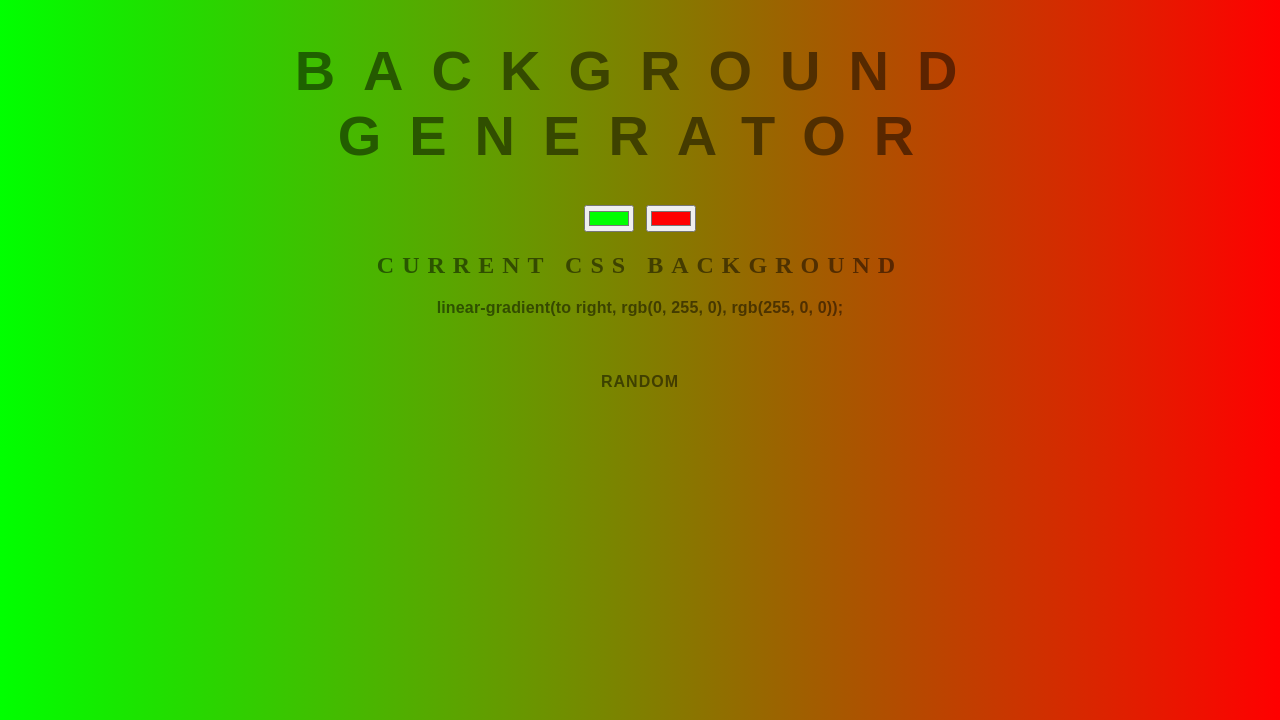
Repository: blgest/background-generator
Page: index.html
The author's editor kept a copy of each file at every save. The page is drawn from the files as they stood at one save, then again after the next save.
The browser window is 1280 px wide. The pictures show the whole page.

Above is the page before, as saved 2020-02-09 10:07:25.

### index.html
<!DOCTYPE html>
<html>
<head>
	<title>Gradient Background</title>
	<link rel="stylesheet" type="text/css" href="style.css">
</head>
<body id="gradient">
	<h1>Background Generator</h1>
	<input class="color1" type="color" name="color1" value="#00ff00">
	<input class="color2" type="color" name="color2" value="#ff0000">
	<h2>Current CSS Background</h2>
	<h3></h3>
	<h3><button id="random">Random</button></h3>
	<script type="text/javascript" src="script.js"></script>
</body>
</html>

### style.css
body {
  font: "Raleway", sans-serif;
  color: rgba(0, 0, 0, 0.5);
  text-align: center;
  text-transform: uppercase;
  letter-spacing: 0.5em;
  top: 15%;
  background: linear-gradient(to right, red, yellow); /* Standard syntax */
}

h1 {
  font: 600 3.5em "Raleway", sans-serif;
  color: rgba(0, 0, 0, 0.5);
  text-align: center;
  text-transform: uppercase;
  letter-spacing: 0.5em;
  width: 100%;
}

h3 {
  font: 900 1em "Raleway", sans-serif;
  color: rgba(0, 0, 0, 0.5);
  text-align: center;
  text-transform: none;
  letter-spacing: 0.01em;
}

#random {
  border: 3px solid #fff;
  color: #fff;
  border: none;
  font-family: inherit;
  font-size: inherit;
  color: inherit;
  background: none;
  cursor: pointer;
  padding: 25px 80px;
  display: inline-block;
  margin: 15px 30px;
  text-transform: uppercase;
  letter-spacing: 1px;
  font-weight: 700;
  outline: none;
  position: relative;
  -webkit-transition: all 0.3s;
  -moz-transition: all 0.3s;
  transition: all 0.3s;
}

### script.js
var css = document.querySelector("h3");
var color1 = document.querySelector(".color1");
var color2 = document.querySelector(".color2");
var body = document.getElementById("gradient");
var randdom = document.getElementById("random");

function generateRandomBackground(){
	color1.value = generateColor();
	color2.value = generateColor();
	setGradient();
}

function generateColor() {
	return "#"+Math.floor(Math.random()*16777215).toString(16);
}

function setGradient() {
	body.style.background =
		"linear-gradient(to right, "
		+ color1.value
		+ ", "
		+ color2.value
		+ ")";
	css.textContent = body.style.background + ";";
}

setGradient();

color1.addEventListener("input", setGradient);

color2.addEventListener("input", setGradient);

randdom.addEventListener("click", generateRandomBackground);

After the next save:
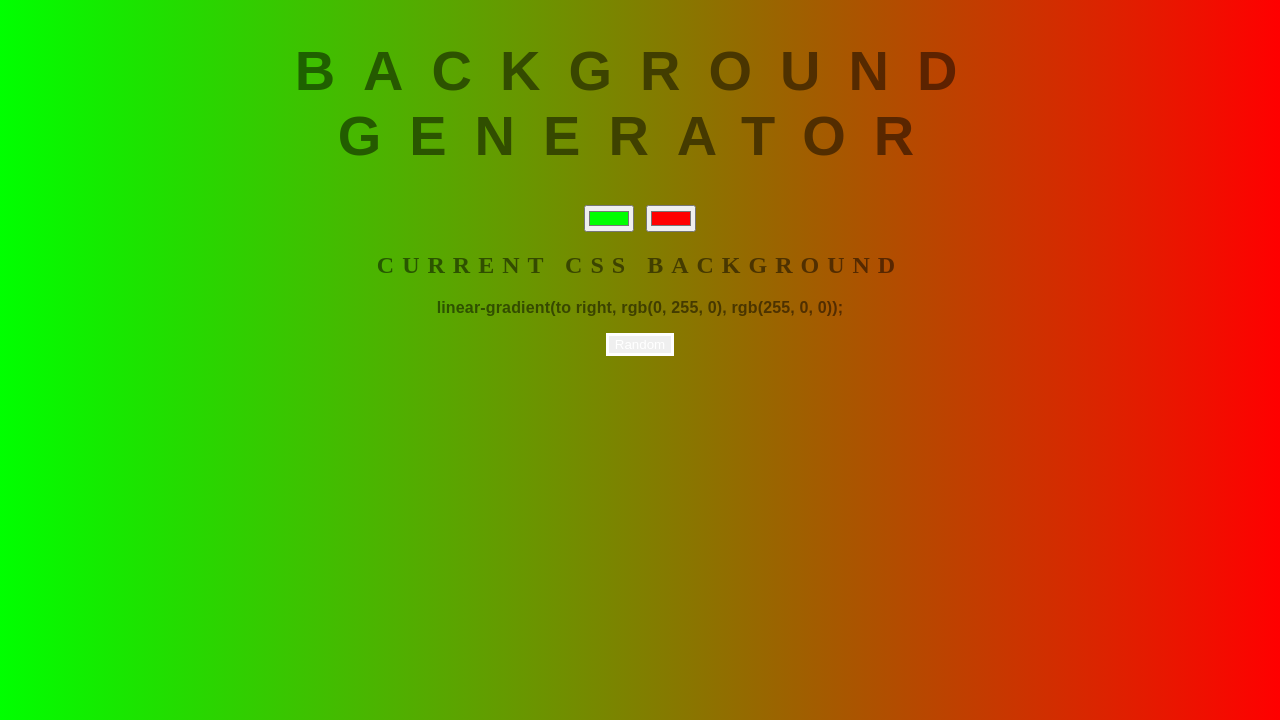
Saved 4 min 38 s later.
--- a/style.css
+++ b/style.css
@@ -26,23 +26,29 @@
 }
 
 #random {
-  border: 3px solid #fff;
-  color: #fff;
-  border: none;
-  font-family: inherit;
-  font-size: inherit;
-  color: inherit;
-  background: none;
-  cursor: pointer;
-  padding: 25px 80px;
-  display: inline-block;
-  margin: 15px 30px;
-  text-transform: uppercase;
-  letter-spacing: 1px;
-  font-weight: 700;
-  outline: none;
-  position: relative;
-  -webkit-transition: all 0.3s;
-  -moz-transition: all 0.3s;
-  transition: all 0.3s;
+    border: 3px solid #fff;
+color:#fff;
 }
+.btn {
+    border: none;
+    font-family: inherit;
+    font-size: inherit;
+    color: inherit;
+    background: none;
+    cursor: pointer;
+    padding: 25px 80px;
+    display: inline-block;
+    margin: 15px 30px;
+    text-transform: uppercase;
+    letter-spacing: 1px;
+    font-weight: 700;
+    outline: none;
+    position: relative;
+    -webkit-transition: all 0.3s;
+    -moz-transition: all 0.3s;
+    transition: all 0.3s;
+}
+*, ::after, ::before {
+    -webkit-box-sizing: border-box;
+    -moz-box-sizing: border-box;
+    box-sizing: border-box;

After the save that followed:
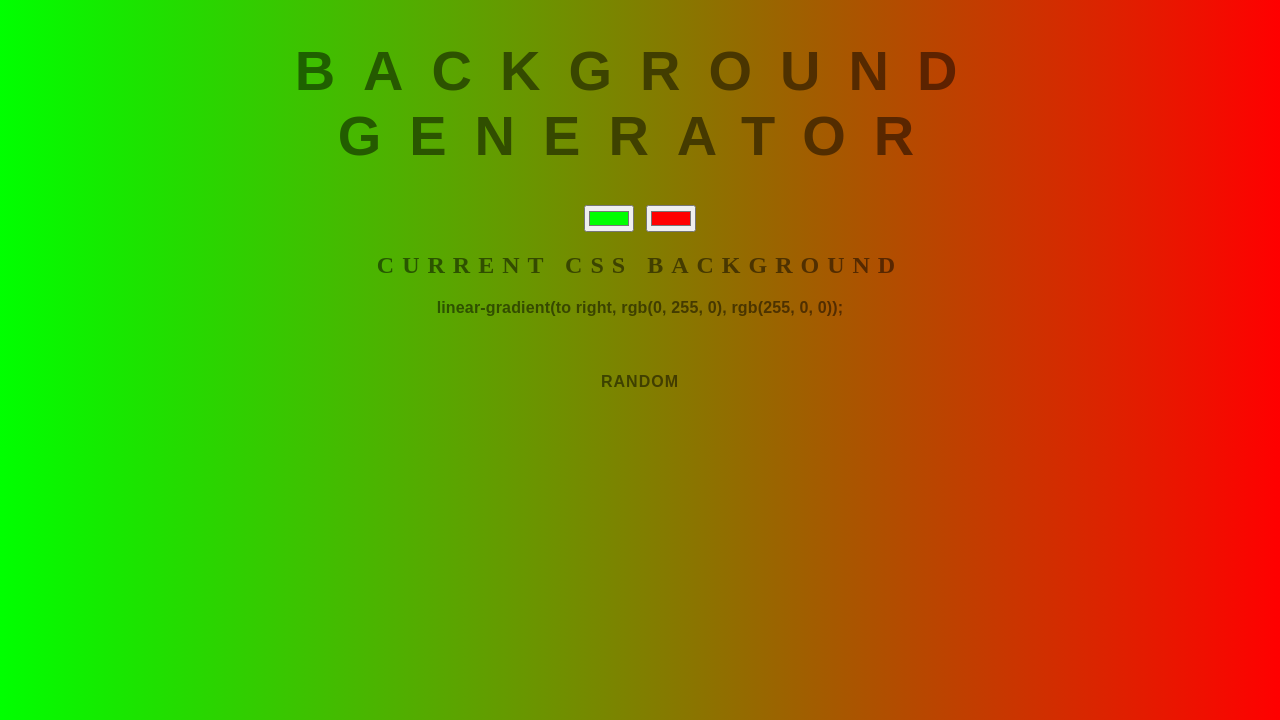
Saved 27 s later.
--- a/style.css
+++ b/style.css
@@ -29,7 +29,8 @@
     border: 3px solid #fff;
 color:#fff;
 }
-.btn {
+
+#random{
     border: none;
     font-family: inherit;
     font-size: inherit;
